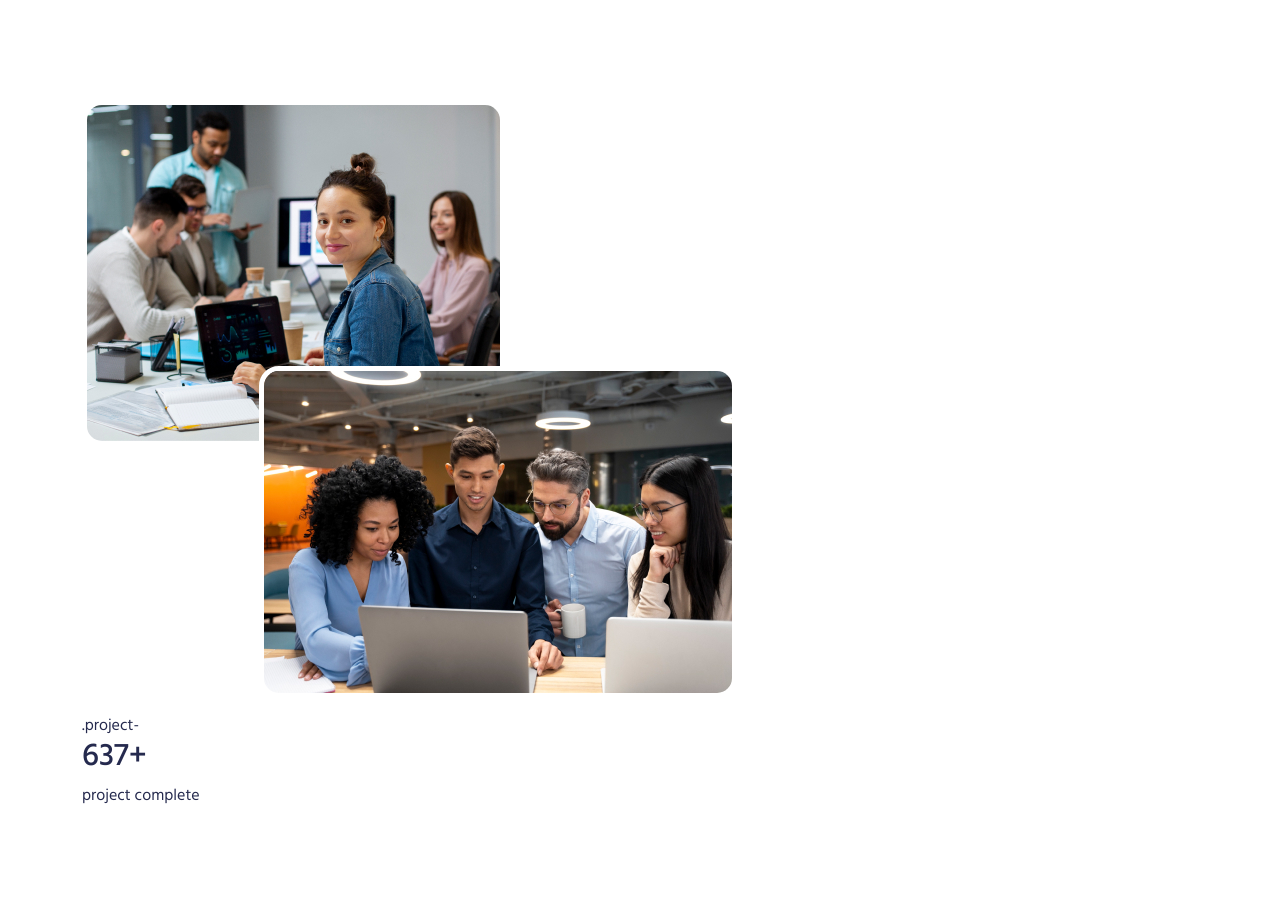
Repository: tagnam/mirehel2.0
Page: about.html
An editor plug-in stored every save of this project. The page is shown before and after a run of saves, followed by the edit.
The browser window is 1280 px wide. The pictures show the whole page.

Above is the page before, as saved 2025-02-03 11:58:56.

### about.html
<!DOCTYPE html>
<html lang="en">
<head>
    <meta charset="UTF-8">
    <meta name="viewport" content="width=device-width, initial-scale=1.0">
    <title>about</title>
    <link href="https://cdn.jsdelivr.net/npm/bootstrap@5.0.2/dist/css/bootstrap.min.css" rel="stylesheet" integrity="sha384-EVSTQN3/azprG1Anm3QDgpJLIm9Nao0Yz1ztcQTwFspd3yD65VohhpuuCOmLASjC" crossorigin="anonymous">
    <link rel="stylesheet" href="style/css/animation.css">
    <link rel="stylesheet" href="style/css/style.css">
    <link rel="stylesheet" href="style/css/animation.css">
</head>
<body>
<!--======================================== about section ==================================== -->


<section>
    <div class="container">
        <div class="row">
            <div class="col-lg-6">
                <div class="about-left">
                    <figure class="about-img-container">
                        <img class="about-img-001 A-image01" src="images/about-img-1.jpg" alt="">
                        <img class="about-img-001 A-image02" src="images/about-img-2.jpg" alt="">
                    </figure>
                    <div class="project-counter">
                        .project-
                        <div class="project-number">
                            <h2>637+</h2>
                            <p> project complete </p>
                        </div>

                    </div>

                </div>
            </div>
            <div class="col-lg-6"></div>
        </div>
    </div>
</section>

<!--======================================== end about section ==================================== -->












    <script src="https://cdn.jsdelivr.net/npm/bootstrap@5.0.2/dist/js/bootstrap.bundle.min.js" integrity="sha384-MrcW6ZMFYlzcLA8Nl+NtUVF0sA7MsXsP1UyJoMp4YLEuNSfAP+JcXn/tWtIaxVXM" crossorigin="anonymous"></script>
    <script src="https://cdn.jsdelivr.net/npm/@popperjs/core@2.9.2/dist/umd/popper.min.js" integrity="sha384-IQsoLXl5PILFhosVNubq5LC7Qb9DXgDA9i+tQ8Zj3iwWAwPtgFTxbJ8NT4GN1R8p" crossorigin="anonymous"></script>
    <script src="https://cdn.jsdelivr.net/npm/bootstrap@5.0.2/dist/js/bootstrap.min.js" integrity="sha384-cVKIPhGWiC2Al4u+LWgxfKTRIcfu0JTxR+EQDz/bgldoEyl4H0zUF0QKbrJ0EcQF" crossorigin="anonymous"></script>
</body>
</html>

### style/css/style.css

@import url('https://fonts.googleapis.com/css2?family=Hind:wght@300;400;500;600;700&family=Inter:ital,opsz,wght@0,14..32,100..900;1,14..32,100..900&family=Open+Sans:ital,wght@0,300..800;1,300..800&family=Oswald:wght@200..700&family=Poppins:ital,wght@0,100;0,200;0,300;0,400;0,500;0,600;0,700;0,800;0,900;1,100;1,200;1,300;1,400;1,500;1,600;1,700;1,800;1,900&family=Raleway:ital,wght@0,100..900;1,100..900&family=Roboto:ital,wght@0,100;0,300;0,400;0,500;0,700;0,900;1,100;1,300;1,400;1,500;1,700;1,900&family=Urbanist:ital,wght@0,100..900;1,100..900&display=swap');
@import url("https://cdn.jsdelivr.net/npm/bootstrap-icons@1.11.3/font/bootstrap-icons.min.css");
*{
    margin: 0;
    padding: 0;
    box-sizing: border-box;
}

:root{
    --primary-color: #252A4E;
    --secondary-color: #a249ed;

}

body{
    font-family: "Hind", serif;

    color:#252A4E;
}

section{
    padding: 100px 0;
}

.row-container{
    margin-top: 50px;
}
.banner-section{
    background-image: url(/images/banner-bg.webp);
    background-size: cover;
    background-position: center;
    /* background-attachment: fixed; */
    /* height: 100vh; */
    position: relative;
    margin: 15px;
    padding: 8px;
}
.section-btn{
    height: 100%;
    display: flex
;
    justify-content: flex-end;
    align-items: flex-end;
}

.title{
    font-size: 55px;
    font-weight: 800;
    line-height: 1;
}

.banner-img{
    position: relative;
    bottom: -89px;
}
.banner-content{
    margin-top: 100px;
    padding-right: 100px;
}

.banner-title{
    font-size: 70px;
    font-weight: 800;
    line-height: 1;
}

.banner-text{
    font-size: 20px;
    font-weight: 400;
    line-height: 1.5;
    margin-top: 20px;
    color:#515670;
}

.banner-title span{
    color: var(--secondary-color);
}
.sub-heading{
    position: relative;
    display: inline-block;
    font-size: 16px;
    letter-spacing: 0.32px;
    line-height: 26px;
    font-weight: 400;
    font-family: var(--galada);
    text-transform: uppercase;
    background: linear-gradient(90deg, #FFA835 -3.85%, #FA3DCC 97.3%, #FA3AD0 100%);
    background-clip: text;
    -webkit-background-clip: text;
    -webkit-text-fill-color: transparent;

    margin-bottom: 12px;
}




.banner-icon{
    width: 100%;
    background: linear-gradient(90deg, #9255CE -2.17%, #BE60FF 100%);
    box-shadow: 0px 0px 20px 0px rgba(0, 0, 0, 0.08);
    border-radius: 30px 45px 30px 30px;
    position: relative;
    padding: 20px;
    top: 28px;
    right: -13px;
}

.banner-icon h2{
    font-size: 45px;
    font-weight: 800;
    /* line-height: 1.5; */
    color: #fff;
    /* margin-bottom: 20px; */
    text-align: start;
    margin: unset;
    line-height: 38px;
    padding: 10px;
}

.banner-icon h4{
    font-size: 27px;
    font-weight: 600;
    line-height: 1.5;
    color: #fff;
    /* margin-top: 20px; */
    text-align: start;
    text-transform: uppercase;
}


.marquee-content{
    background: linear-gradient(90deg, #70DBFF 0%, #DD98FF 100%);
    border-radius: 0 0 35px 30px;
    overflow: hidden;
    padding: 23px 45px;
    width: 100%;
    position: absolute;
    left: 9px;
    bottom: -12px;
    display: flex;
    justify-content: space-between;
    align-items: center;
}


/* <!--===================================== about section end ========================================--> */
.about-right-container{
    padding-left: 50px;
}
.about-text p{
    font-size: 18px;
    line-height: 1.5;
    color: #515670;
    margin-top: 20px;
}

.about-img{
    position: relative;
    transform: translate(30px, 30px);
    width: 100%;
}

.about-figure{
    position: relative;
  background-color: aqua;
  padding: 20px;
}


.about-list{

    list-style: none;
    padding: unset;
}

.about-list li{
    display: flex;
    align-items: center;
    margin-bottom: 20px;
    justify-content: space-between;
}

.about-icon{

    display: flex;
    justify-content: center;
    align-items: center;
    background-color:var(--secondary-color);
    width: 78px;
    height: 84px;
    background: linear-gradient(90deg, #5A1CCB -2.17%, #815EDC 100%);
    border-radius: 50px 6px 6px 6px;
}

.about-icon .bi{
    font-size: 45px;
    color: #fff;
    display: flex;
    justify-content: center;
    align-items: center;
}


.about-list-title{
    font-size: 27px;
    line-height: 1.16;
    margin-bottom: 4px;
    font-weight: 600;
}

.about-list-text p{
    font-size: 16px;
    line-height: 1.5;
    color: #515670;
    margin: unset;
}
/* <!--===================================== about section end ========================================--> */




/* <!--===================================== service section start ========================================--> */

.service-index {
    width: 100%;
    display: flex;
    justify-content: center;
    align-items: center;
}

.service-index h2{
    position: relative;
    display: inline-block;

    letter-spacing: 0.32px;
margin: unset;
    font-weight: 600;
    font-family: var(--galada);
    text-transform: uppercase;
    background: linear-gradient(90deg, #FFA835 -3.85%, #FA3DCC 97.3%, #FA3AD0 100%);
    background-clip: text;
    -webkit-background-clip: text;
    -webkit-text-fill-color: transparent;

}

.service-title h3{
    font-size: 40px;
    font-weight: 800;
    line-height: 1;
    color: #252A4E;
    margin-bottom: 20px;
}

.service-row{
    border-bottom: 2px solid red;
    margin-bottom: 30px;
}

.service-icon{
    display: flex;
    justify-content: center;
}

.service-icon .bi{
    font-size: 45px;
    color:red;
    display: flex;
    justify-content: center;
    align-items: center;
}
/* <!--===================================== service section end ========================================--> */




/* <!--===================================== project section start========================================--> */




/* <!--===================================== project section start========================================--> */





/* <!--===================================== testimonial section start========================================--> */


.testimonial-card{
    background: linear-gradient(90deg, #70DBFF 0%, #DD98FF 100%);
    padding: 0px 20px;
    border-radius: 20px;
}


.testimonial-img{
    height: 58px;
    width: 58px;
    background: red;
    border-radius: 64%;
    border: 2px solid;
}

.testimonial-top{
    padding-bottom: 20px;
    border-bottom: 1px solid #fff;

}


.testimonial-bottom h2{
    font-size: 65px;
    font-weight: 600;
    line-height: 1.5;
    color: #fff;
    margin-top: 20px;
    text-align: start;
    text-transform: uppercase;
}

.testimonial-bottom p{
    font-size: 20px;
    line-height: 1.5;
    color: #fff;
    margin: unset;
}

  .testimonial .testimonial-content {
    margin: 10px 10px 0;
    /* background: #efefef; */
    padding: 0px 60px;
    position: relative;
    border: none;
    border-radius: 8px;
    font-style: italic;
    font-size: 25px;
    border: 2px solid;
    border-radius: 20px;
  }

  .testimonial .testimonial-content:before,
  .testimonial .testimonial-content:after {
    content: "\201C";
    position: absolute;
    font-size: 80px;
    line-height: 1;
    color: #757f9a;
    font-style: normal;
  }

  .testimonial .testimonial-content:before {
    top: 0;
    left: 10px;
  }

  .testimonial .testimonial-content:after {
    content: "\201D";
    right: 10px;
    bottom: -0.5em;
  }

.testimonial-start{
    display: flex    ;
        justify-content: left;
        align-items: center;
        margin: 20px 0px;
}

.testimonial-start .bi{
    margin: 0px 5px;
    font-size: 20px;
}
/* <!--===================================== testimonial section start========================================--> */

/* <!--===================================== project section start========================================--> */
.project-img{
    height: 550px;
}

.project-card .project-img {
    transition: 1ms ease-in-out;
}

.project-card:hover .project-img{
    transform: scaleX(1) scaleY(1) scaleZ(0.1) rotateX(15deg) rotateY(0deg) rotateZ(0deg) translateX(0px) translateY(0px) translateZ(0px) skewX(0deg) skewY(0deg);
}

.project-content{
    margin-top: -100px;
    z-index: 1;
}
/* <!--===================================== project section end========================================--> */



/* <!--===================================== choice section start========================================--> */

.choice-container{
    position: relative;
    padding: 10px;
    background-color: transparent;
height: 400px;
border: 15px solid transparent;
  /* border-image:linear-gradient(180deg, red 0%, #00000000 90.04%); */
  /* border-image:linear-gradient(180deg, #00000000  0%, red 90.04%); */
  border-image-slice: 1;
border-radius: 20px;
background: linear-gradient(white, white) padding-box,
linear-gradient(180deg, red 0%, #00000000 90.04%) border-box;
}

/* <!--===================================== choice section end========================================--> */


















/* ----------------------------new about  */

.about-img-container{
    position: relative;
}
.about-img-001{
    border-radius: 20px;
    border: 5px solid #fff;
}

.A-image01{

}

.A-image02{
    margin-top: -80px;
    margin-left: 177px;
}

Loaded but not shown: style/css/animation.css (no stored copy; drawn as an empty file)

After the next 3 saves:
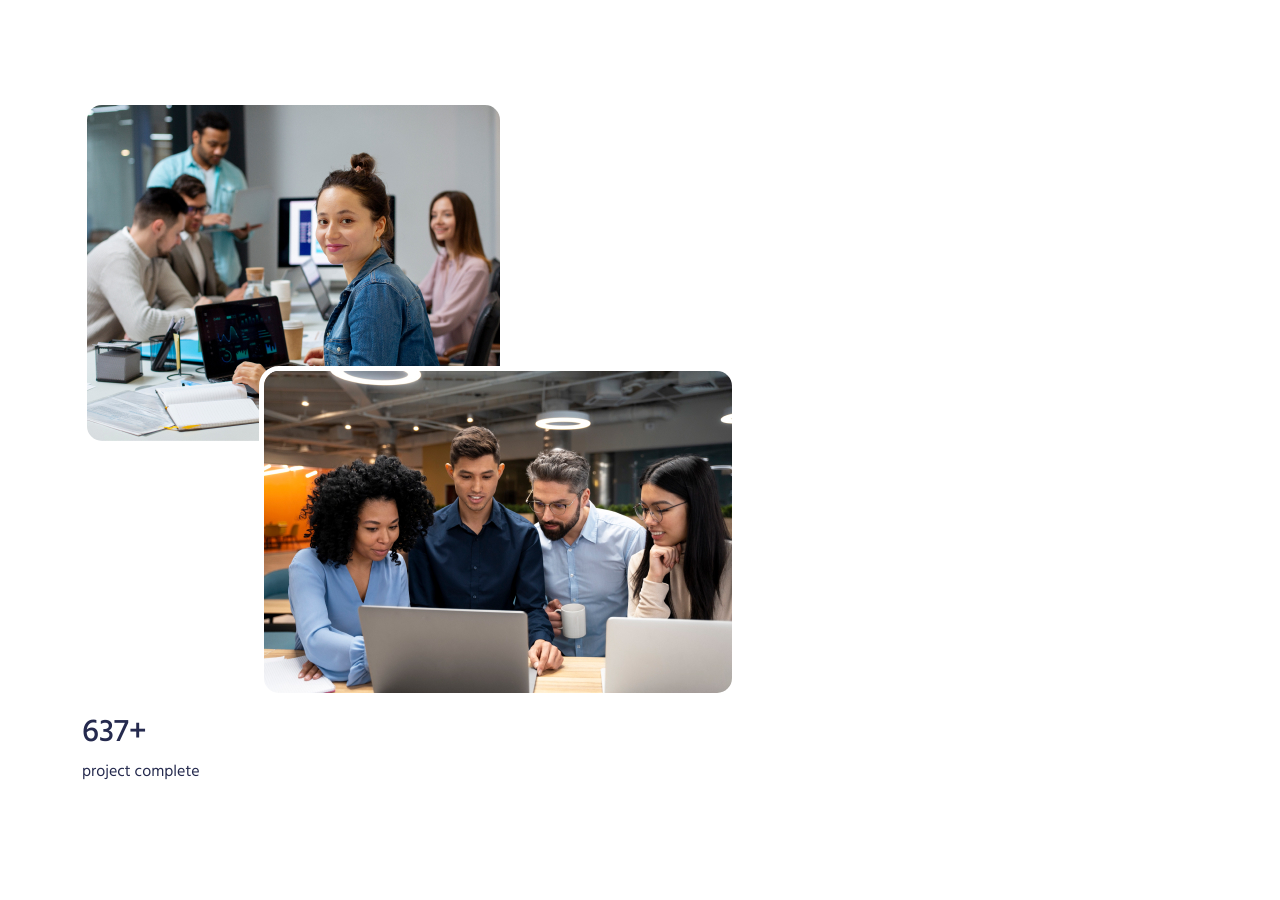
The 3 saves are shown as one change because they came seconds apart.
The last was saved 10 s later.
--- a/about.html
+++ b/about.html
@@ -23,7 +23,9 @@
                         <img class="about-img-001 A-image02" src="images/about-img-2.jpg" alt="">
                     </figure>
                     <div class="project-counter">
-                        .project-
+                        <div class="project-icon">
+
+                        </div>
                         <div class="project-number">
                             <h2>637+</h2>
                             <p> project complete </p>
